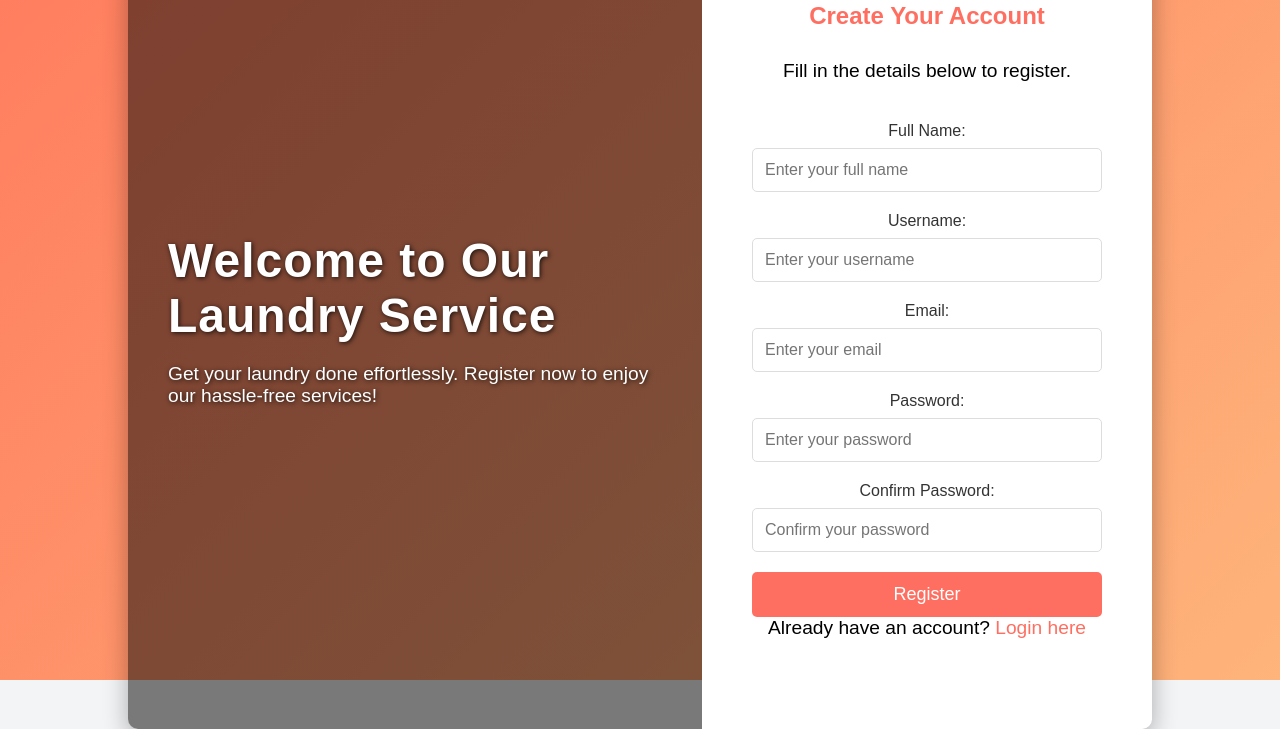
Repository: wmrmweerakoon/Online-Laundry-Management-System
Page: http://localhost/LaundryManagementSystem/Register.jsp
An editor plug-in stored every save of this project. The page is shown before and after the next save, followed by the edit.
The browser window is 1280 px wide. The pictures show the whole page.
The page is served by Tomcat 9. Other server files are loaded and not shown.

Above is the page before, as saved 2024-10-13 11:00:34.

### Projects/LaundryManagementSystem/src/main/webapp/Register.jsp
<%@ page language="java" contentType="text/html; charset=UTF-8" pageEncoding="UTF-8"%>
<!DOCTYPE html>
<html lang="en">
<head>
    <meta charset="UTF-8">
    <meta name="viewport" content="width=device-width, initial-scale=1.0">
    <title>Register - Online Laundry Management System</title>

    <style>
/* Reset default styles */
/* Reset default styles */
/* Reset default styles */
* {
    box-sizing: border-box;
    margin: 0;
    padding: 0;
}

/* Body styling */
body {
    font-family: 'Arial', sans-serif;
    margin: 0;
    padding: 0;
    background-color: #f3f4f6; /* Same background color as the login page */
}

/* Registration background */
.register-background {
    background: linear-gradient(135deg, #ff7e5f, #feb47b); /* Modern gradient */
    display: flex;
    justify-content: center;
    align-items: center;
    height: calc(100vh - 40px); /* Reduce height for spacing */
    position: relative;
    animation: gradientBG 5s ease infinite alternate; /* Animation similar to login */
    padding: 20px 0; /* Add padding to create space at the top and bottom */
}

@keyframes gradientBG {
    0% { background-position: 0% 50%; }
    100% { background-position: 100% 50%; }
}

/* Main registration container */
.content-container {
    display: flex;
    width: 80%;
    max-width: 1200px;
    box-shadow: 0 8px 25px rgba(0, 0, 0, 0.3); /* Deep shadow */
    border-radius: 10px;
    overflow: hidden;
}

/* Text content styling */
.text-content {
    flex: 1;
    color: #fff;
    padding: 40px;
    background: rgba(0, 0, 0, 0.5); /* Transparent black background */
    display: flex;
    flex-direction: column;
    justify-content: center;
    text-shadow: 1px 1px 5px rgba(0, 0, 0, 0.8); /* More prominent shadow */
}

h1 {
    font-size: 3em;
    margin-bottom: 20px;
    letter-spacing: 1px;
}

p {
    font-size: 1.2em;
    margin-bottom: 40px;
}

/* Registration form container */
.register-container {
    background-color: #fff;
    padding: 50px;
    border-radius: 0 10px 10px 0;
    text-align: center;
    width: 450px; /* Increased width from 400px to 450px */
}

/* Form heading */
h2 {
    color: #ff6f61; /* Same color as the login page */
    margin-bottom: 30px;
}

/* Form group styling */
.form-group {
    margin-bottom: 20px;
}

label {
    font-size: 16px;
    display: block;
    color: #333;
    margin-bottom: 8px;
}

/* Input fields styling */
input[type="text"], input[type="email"], input[type="password"] {
    width: 100%;
    padding: 12px;
    border: 1px solid #ddd;
    border-radius: 5px;
    font-size: 16px;
    transition: border-color 0.3s;
}

input:focus {
    border-color: #ff6f61; /* Same focus color as login page */
    box-shadow: 0 0 5px rgba(255, 111, 97, 0.5);
}

/* Button styling */
button {
    width: 100%;
    padding: 12px;
    background-color: #ff6f61; /* Same button color */
    color: #fff;
    border: none;
    border-radius: 5px;
    font-size: 18px;
    cursor: pointer;
    transition: background-color 0.3s ease;
}

button:hover {
    background-color: #ff4824; /* Same hover color */
}

/* Error message styling */
.error {
    color: red;
    font-size: 14px;
    margin-top: 5px;
}

/* Link styling */
p a {
    color: #ff6f61; /* Same link color */
    text-decoration: none;
}

p a:hover {
    text-decoration: underline;
}

/* Media queries for responsiveness */
@media (max-width: 500px) {
    .register-background {
        padding: 20px;
    }

    h1 {
        font-size: 22px;
    }

    h2 {
        font-size: 20px;
    }

    button {
        padding: 10px;
        font-size: 14px;
    }
}


    </style>

</head>
<body>
    <div class="register-background">
        <div class="content-container">
            <div class="text-content">
                <h1>Welcome to Our Laundry Service</h1>
                <p>Get your laundry done effortlessly. Register now to enjoy our hassle-free services!</p>
            </div>

            <div class="register-container">
                <h2>Create Your Account</h2>
                <p class="info-text">Fill in the details below to register.</p>

                <form id="registerForm" action="RegisterServlet" method="POST" onsubmit="return validateForm()">
                    <div class="form-group">
                        <label for="fullname">Full Name:</label>
                        <input type="text" id="fullname" name="fullname" placeholder="Enter your full name" required>
                    </div>
                    <div class="form-group">
                        <label for="username">Username:</label>
                        <input type="text" id="username" name="username" placeholder="Enter your username" required>
                    </div>
                    <div class="form-group">
                        <label for="email">Email:</label>
                        <input type="email" id="email" name="email" placeholder="Enter your email" required>
                    </div>
                    <div class="form-group">
                        <label for="password">Password:</label>
                        <input type="password" id="password" name="password" placeholder="Enter your password" required>
                    </div>
                    <div class="form-group">
                        <label for="confirmPassword">Confirm Password:</label>
                        <input type="password" id="confirmPassword" name="confirmPassword" placeholder="Confirm your password" required>
                    </div>
                    <button type="submit">Register</button>
                </form>
                <p>Already have an account? <a href="Login.jsp">Login here</a></p>
            </div>
        </div>
    </div>

    <script>
        // Validation script remains unchanged
        function validateForm() {
            const fullname = document.getElementById('fullname').value.trim();
            const username = document.getElementById('username').value.trim();
            const email = document.getElementById('email').value.trim();
            const password = document.getElementById('password').value;
            const confirmPassword = document.getElementById('confirmPassword').value;

            let valid = true;
            let errorMessage = "";

            clearErrors();

            // Validate Full Name
            if (fullname === "") {
                valid = false;
                errorMessage = "Full Name is required.";
                showError('fullname', errorMessage);
            }

            // Validate Username
            if (username === "") {
                valid = false;
                errorMessage = "Username is required.";
                showError('username', errorMessage);
            }

            // Validate Email
            if (email === "") {
                valid = false;
                errorMessage = "Email is required.";
                showError('email', errorMessage);
            } else if (!validateEmail(email)) {
                valid = false;
                errorMessage = "Invalid email format.";
                showError('email', errorMessage);
            }

            // Validate Password
            if (password === "") {
                valid = false;
                errorMessage = "Password is required.";
                showError('password', errorMessage);
            } else if (password.length < 8) {
                valid = false;
                errorMessage = "Password must be at least 8 characters long.";
                showError('password', errorMessage);
            }

            // Validate Confirm Password
            if (confirmPassword === "") {
                valid = false;
                errorMessage = "Please confirm your password.";
                showError('confirmPassword', errorMessage);
            } else if (password !== confirmPassword) {
                valid = false;
                errorMessage = "Passwords do not match.";
                showError('confirmPassword', errorMessage);
            }

            return valid;
        }

        function showError(inputId, message) {
            const errorElement = document.createElement('span');
            errorElement.className = 'error';
            errorElement.textContent = message;

            const inputField = document.getElementById(inputId);
            inputField.parentNode.insertBefore(errorElement, inputField.nextSibling);
        }

        function clearErrors() {
            const errorElements = document.querySelectorAll('.error');
            errorElements.forEach(element => {
                element.remove();
            });
        }

        function validateEmail(email) {
            const emailPattern = /^[^\s@]+@[^\s@]+\.[^\s@]+$/;
            return emailPattern.test(email);
        }
    </script>
</body>
</html>

After the next save:
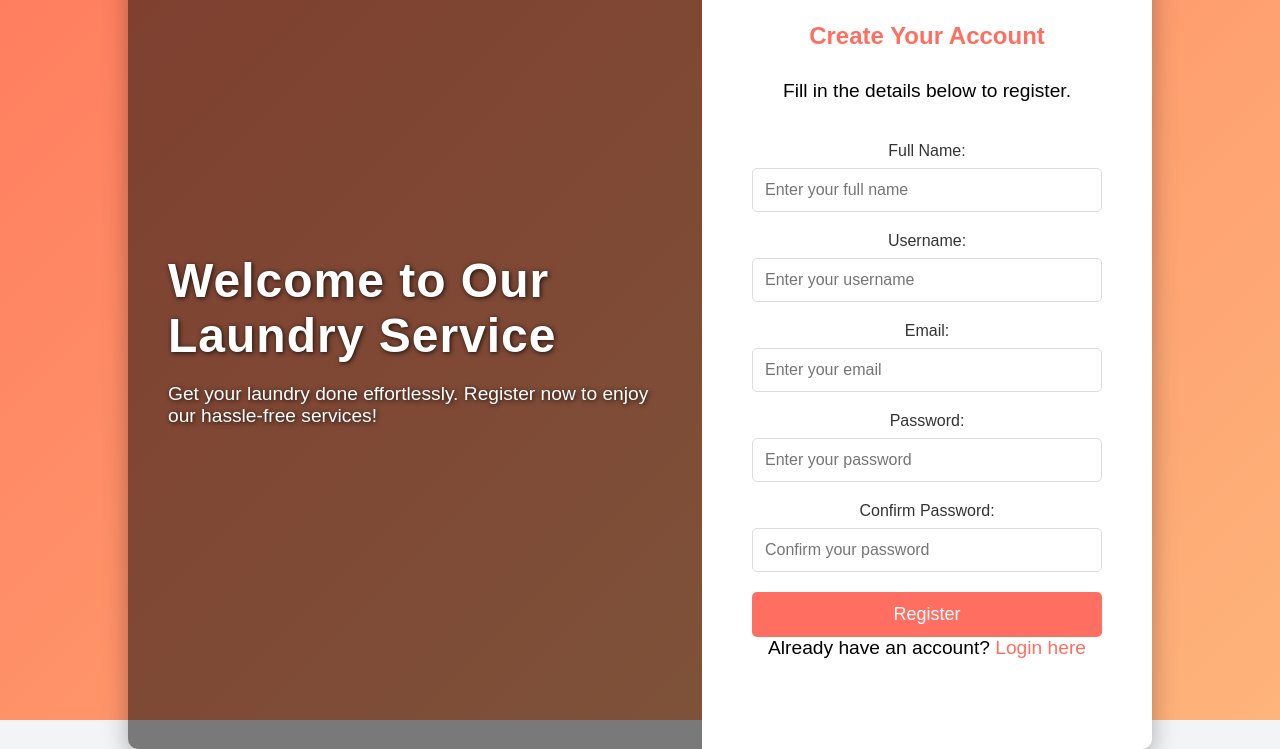
Saved 14 s later.
--- a/Projects/LaundryManagementSystem/src/main/webapp/Register.jsp
+++ b/Projects/LaundryManagementSystem/src/main/webapp/Register.jsp
@@ -9,7 +9,6 @@
     <style>
 /* Reset default styles */
 /* Reset default styles */
-/* Reset default styles */
 * {
     box-sizing: border-box;
     margin: 0;
@@ -30,10 +29,9 @@ body {
     display: flex;
     justify-content: center;
     align-items: center;
-    height: calc(100vh - 40px); /* Reduce height for spacing */
+    height: 100vh;
     position: relative;
     animation: gradientBG 5s ease infinite alternate; /* Animation similar to login */
-    padding: 20px 0; /* Add padding to create space at the top and bottom */
 }
 
 @keyframes gradientBG {
